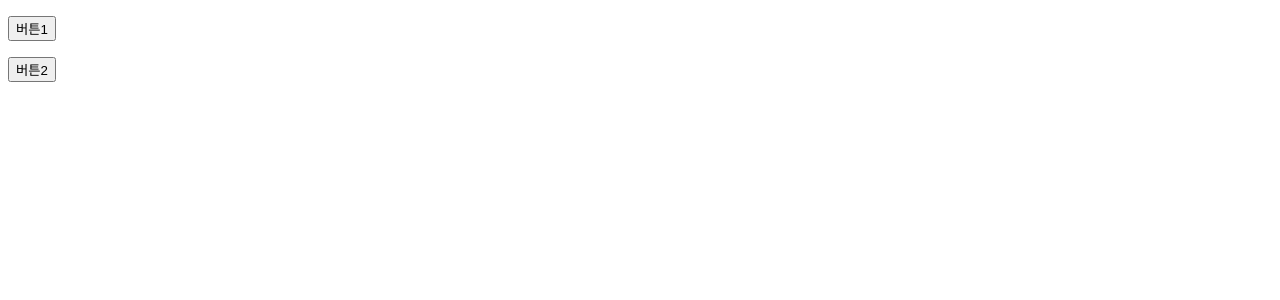
Repository: reddrinkbro/JSPStudy
Page: javascript/WebContent/6이벤트/event_1.html
These files come from the project's save history. The page is drawn as it stood at one moment and after the next save; the edit follows.
The browser window is 1280 px wide. The pictures show the whole page.

Above is the page before, as saved 2020-04-17 00:46:41.

After the next save:
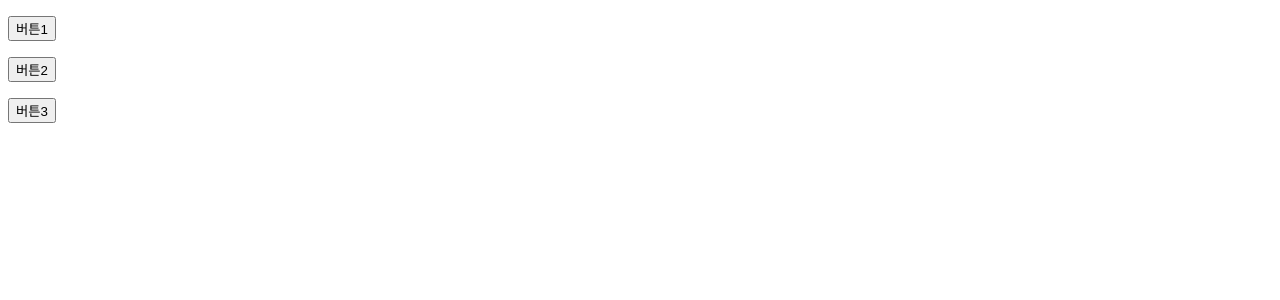
Saved 3 min 23 s later.
--- a/javascript/WebContent/6이벤트/event_1.html
+++ b/javascript/WebContent/6이벤트/event_1.html
@@ -36,7 +36,7 @@
 			//[버튼2]를 클릭할때 마다 colorBg()함수를 호출해 body요소의 배경색상이 바뀌도록 하게 하기
 			var btn2 = document.getElementById("btn2");
 			btn2.onclick = function(){
-				colorBg();
+				colorBg(); //함수 호출하여 배경색상이 변경되게 하기
 			}
 		}
 	</script>
@@ -50,8 +50,10 @@
 	<p>
 		<!-- 2.[버튼2]를 자바스크립트구문으로 선택하여 이벤트 등록 -->
 		<button id = "btn2">버튼2</button>
-
-
+	</p>
+	<p>
+		<!--  -->
+		<button onmouseover = "colorBg();">버튼3</button>
 
 	</p>
 </body>
